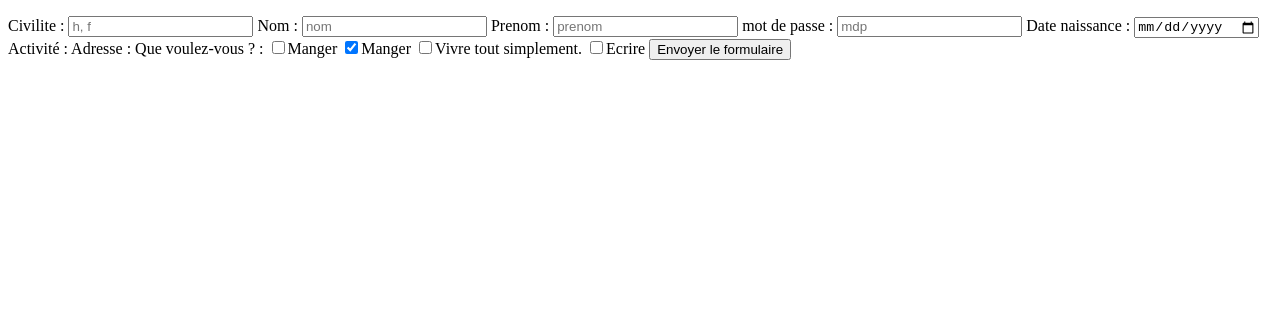
Repository: Douzal/AFCEPF_Architecte_Logiciel
Page: Workspace_Alexis/PremierWebv2/src/main/webapp/Form.html
An editor plug-in stored every save of this project. The page is shown before and after the next save, followed by the edit.
The browser window is 1280 px wide. The pictures show the whole page.

Above is the page before, as saved 2018-03-15 08:30:19.

After the next save:
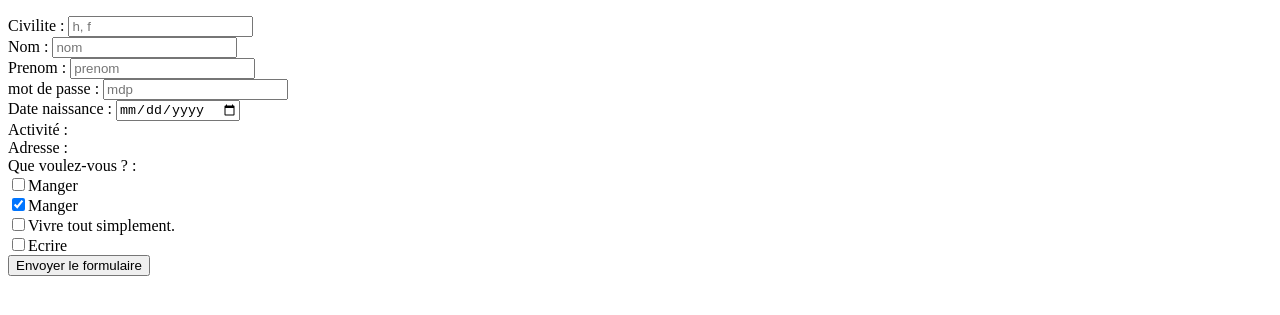
Saved 5 min 57 s later.
--- a/Workspace_Alexis/PremierWebv2/src/main/webapp/Form.html
+++ b/Workspace_Alexis/PremierWebv2/src/main/webapp/Form.html
@@ -9,19 +9,29 @@
 <form action="formulaire.html" method="post">
 	<p>
 	<label for="civ">Civilite : </label><input id="civ" name="civ" type="text" placeholder="h, f"></input>
+	<br />
 	<label for="nom">Nom : </label><input id="nom" name="nom" type="text" placeholder="nom"></input>
+	<br />
 	<label for="prenom">Prenom : </label><input id="prenom" name=""prenom"" type="text" placeholder="prenom"></input>
+	<br />
 	<label for="mdp">mot de passe : </label><input id="mdp" name=""mdp"" type="password" placeholder="mdp"></input>
+	<br />
 	<label for="dob">Date naissance : </label><input id="dob" name=""mdp"" type="date" placeholder="Naissance"></input>
+	<br />
 	<label>Activité : </label>
+	<br />
 	<label>Adresse : </label>
-<!-- 	<br /> -->
+	<br />
 	<label>Que voulez-vous ? :</label>
+	<br />
 	<input type="checkbox" name="manger" id="manger"/><label for="manger">Manger</label>
+	<br />
 	<input type="checkbox" name="boire" checked="checked" id="boire"/><label for="boire">Manger</label>
+	<br />
 	<input type="checkbox" name="vivre" id="vivre" /><label for="vivre">Vivre tout simplement.</label>
+	<br />
 	<input type="checkbox" name="ecrire" /><label for="ecrire">Ecrire</label>
-
+	<br />
 	<input type="submit" name="sendForm" value="Envoyer le formulaire" />
 	</p>
 </form>
